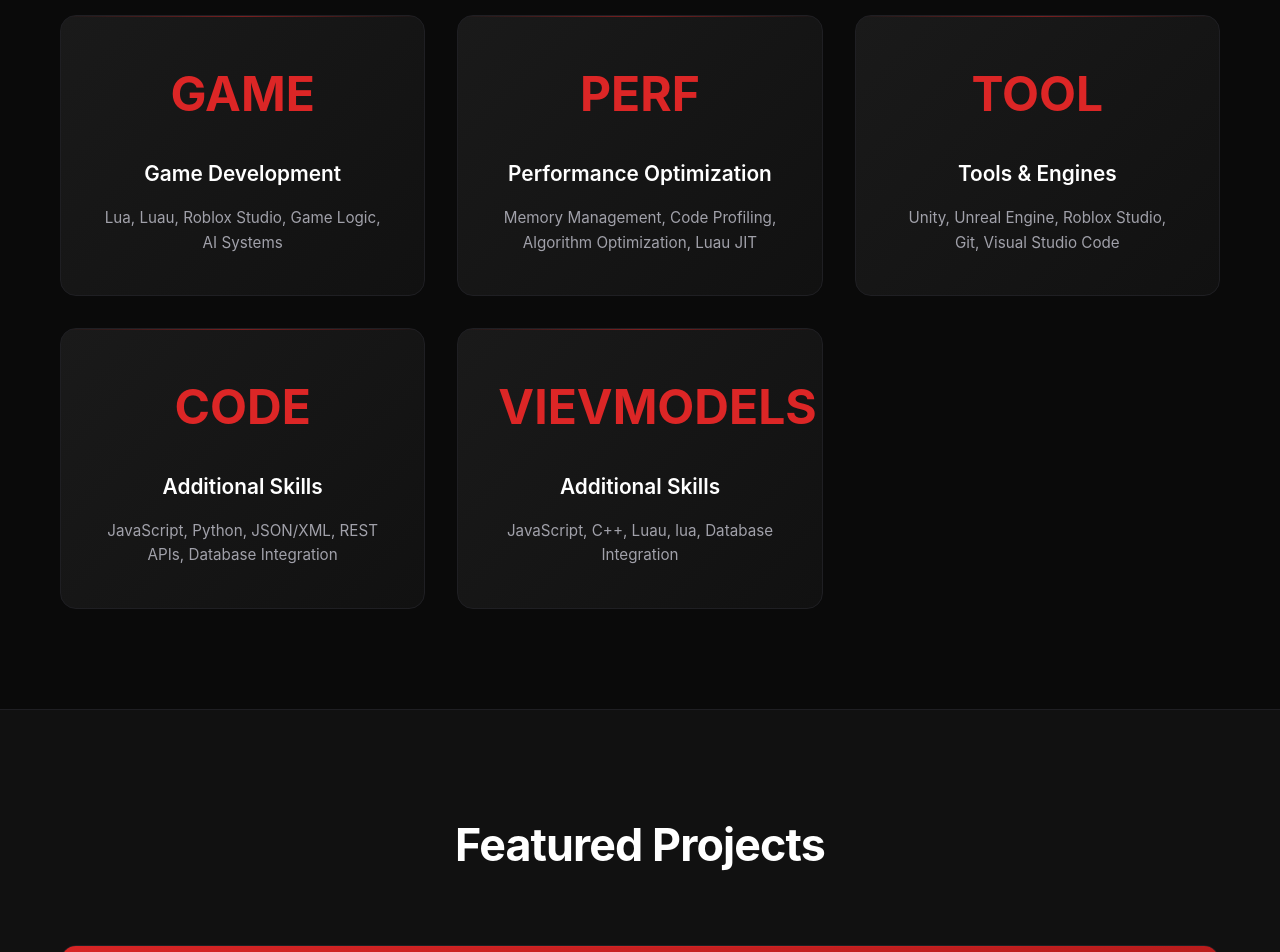
Repository: lukaxdq/lukaxdq.github.io
Page: index.html
The author's editor kept a copy of each file at every save. The page is drawn from the files as they stood at one save, then again after a run of saves.
The browser window is 1280 px wide. The pictures show the part of the page from y = 1609 to 2561 px (the page is 4024 px tall).
Pictures or frames that could not be fetched are drawn as grey boxes.

Above is the page before, as saved 2025-08-14 21:03:24.

After the next 2 saves:
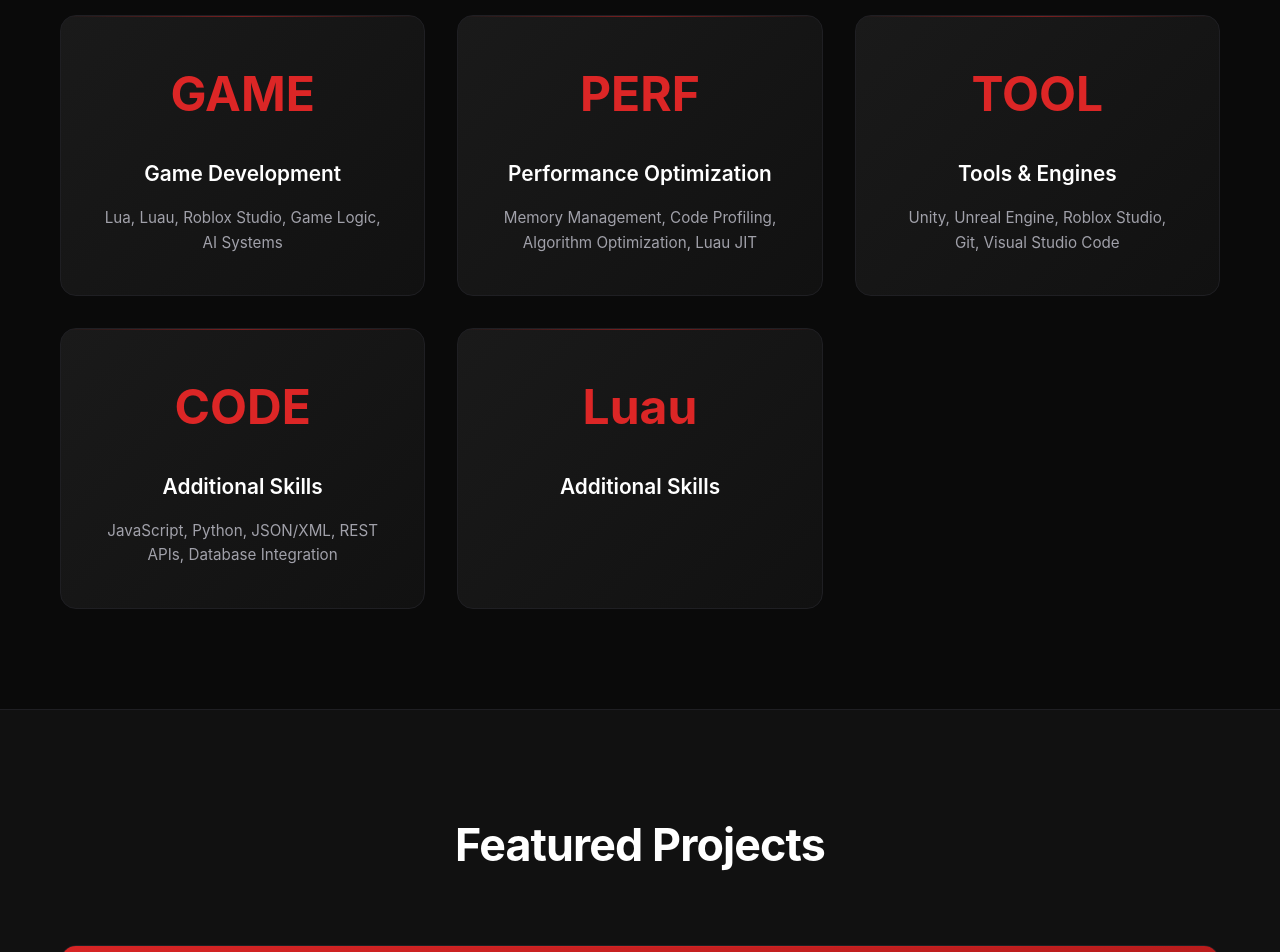
The 2 saves are shown as one change because they came seconds apart.
The last was saved 14 min 34 s later.
--- a/index.html
+++ b/index.html
@@ -754,9 +754,8 @@
                     <p>JavaScript, Python, JSON/XML, REST APIs, Database Integration</p>
                 </div>
                 <div class="skill-card">
-                    <div class="skill-icon">VIEVMODELS</div>
+                    <div class="skill-icon">Luau</div>
                     <h3>Additional Skills</h3>
-                    <p>JavaScript, C++, Luau, lua, Database Integration</p>
                 </div>
             </div>
         </div>
